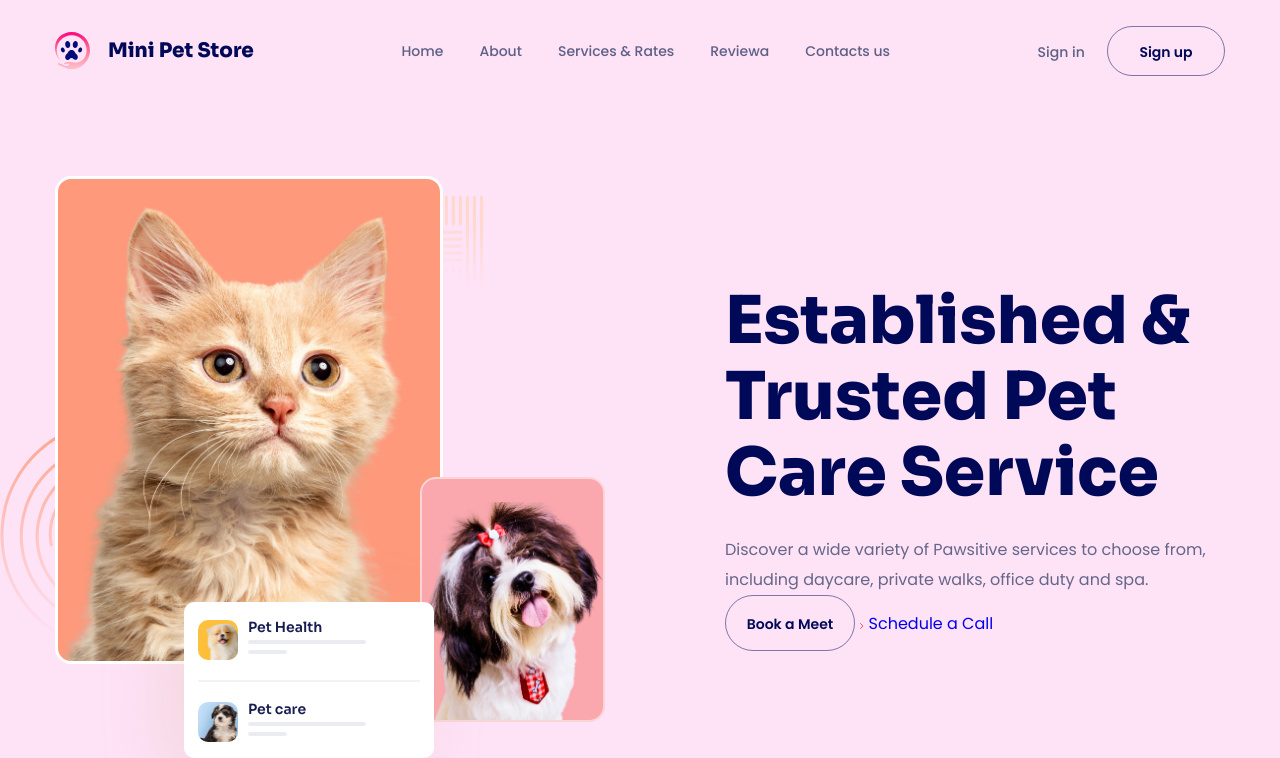
Repository: Tran-Dat/ASM-HTML5-F8-04
Page: index.html
These files come from the project's save history. The page is drawn as it stood at one moment and after the next save; the edit follows.
The browser window is 1280 px wide. The pictures show the whole page.

Above is the page before, as saved 2023-06-12 16:47:22.

### index.html
<!DOCTYPE html>
<html lang="en">
    <head>
        <meta charset="UTF-8" />
        <meta name="viewport" content="width=device-width, initial-scale=1.0" />
        <title>PS27621-TranTanDat-ASM</title>

        <!-- favicon -->
        <link
            rel="apple-touch-icon"
            sizes="57x57"
            href="./assets/favicon/apple-icon-57x57.png"
        />
        <link
            rel="apple-touch-icon"
            sizes="60x60"
            href="./assets/favicon/apple-icon-60x60.png"
        />
        <link
            rel="apple-touch-icon"
            sizes="72x72"
            href="./assets/favicon/apple-icon-72x72.png"
        />
        <link
            rel="apple-touch-icon"
            sizes="76x76"
            href="./assets/favicon/apple-icon-76x76.png"
        />
        <link
            rel="apple-touch-icon"
            sizes="114x114"
            href="./assets/favicon/apple-icon-114x114.png"
        />
        <link
            rel="apple-touch-icon"
            sizes="120x120"
            href="./assets/favicon/apple-icon-120x120.png"
        />
        <link
            rel="apple-touch-icon"
            sizes="144x144"
            href="./assets/favicon/apple-icon-144x144.png"
        />
        <link
            rel="apple-touch-icon"
            sizes="152x152"
            href="./assets/favicon/apple-icon-152x152.png"
        />
        <link
            rel="apple-touch-icon"
            sizes="180x180"
            href="./assets/favicon/apple-icon-180x180.png"
        />
        <link
            rel="icon"
            type="image/png"
            sizes="192x192"
            href="./assets/favicon/android-icon-192x192.png"
        />
        <link
            rel="icon"
            type="image/png"
            sizes="32x32"
            href="./assets/favicon/favicon-32x32.png"
        />
        <link
            rel="icon"
            type="image/png"
            sizes="96x96"
            href="./assets/favicon/favicon-96x96.png"
        />
        <link
            rel="icon"
            type="image/png"
            sizes="16x16"
            href="./assets/favicon/favicon-16x16.png"
        />
        <link rel="manifest" href="./assets/favicon/manifest.json" />
        <meta name="msapplication-TileColor" content="#ffffff" />
        <meta
            name="msapplication-TileImage"
            content="./assets/favicon/ms-icon-144x144.png"
        />
        <meta name="theme-color" content="#ffffff" />

        <!-- reset css -->
        <link rel="stylesheet" href="./assets/css/reset.css" />

        <!-- Font gg -->
        <link rel="preconnect" href="https://fonts.googleapis.com" />
        <link rel="preconnect" href="https://fonts.gstatic.com" crossorigin />
        <link
            href="https://fonts.googleapis.com/css2?family=Poppins:wght@300;400;500;600&family=Sora:wght@600;700;800&display=swap"
            rel="stylesheet"
        />

        <!-- styles css -->
        <link rel="stylesheet" href="./assets/css/styles.css" />
    </head>
    <body>
        <!-- Header -->
        <header class="header">
            <div class="container">
                <div class="header__inner">
                    <!-- Logo -->
                    <div class="header-logo">
                        <img src="./assets/img/logo.svg" alt="" class="logo" />
                        <h1 class="header-logo__title">
                            <a href="#!">Mini Pet Store</a>
                        </h1>
                    </div>

                    <!-- navbar -->
                    <nav class="navbar">
                        <ul class="navbar__list">
                            <li class="navbar__item">
                                <a href="#" class="navbar__link">Home</a>
                            </li>
                            <li class="navbar__item">
                                <a href="#" class="navbar__link">About</a>
                            </li>
                            <li class="navbar__item">
                                <a href="#" class="navbar__link"
                                    >Services & Rates</a
                                >
                            </li>
                            <li class="navbar__item">
                                <a href="#" class="navbar__link">Reviewa</a>
                            </li>
                            <li class="navbar__item">
                                <a href="#" class="navbar__link">Contacts us</a>
                            </li>
                        </ul>
                    </nav>

                    <!-- header action -->
                    <div class="header-action">
                        <a href="" class="header-action__link">Sign in</a>
                        <a href="" class="btn header-action__btn">Sign up</a>
                    </div>
                </div>
            </div>
        </header>

        <!-- Hero -->
        <section class="hero">
            <div class="container">
                <div class="hero__inner">
                    <!-- hero media -->
                    <div class="hero__media">
                        <!-- pet-01 -->
                        <div class="hero__img-wrap">
                            <img
                                src="./assets/img/pet-01.png"
                                alt=""
                                class="hero__img"
                            />

                            <!-- Decorators -->
                            <img
                                src="./assets/img/decor-01.svg"
                                alt=""
                                class="hero__decor hero__decor-left"
                            />
                            <img
                                src="./assets/img/decor-02.svg"
                                alt=""
                                class="hero__decor hero__decor-right"
                            />
                        </div>

                        <!-- Pet-02 -->
                        <div class="hero__img-wrap hero__img-wrap-small">
                            <img
                                src="./assets/img/pet-02.png"
                                alt=""
                                class="hero__img"
                            />
                        </div>

                        <div class="hero__list">
                            <!-- hero list item 1 -->
                            <div class="hero-list-item">
                                <img
                                    src="./assets/img/pet-03.png"
                                    alt=""
                                    class="hero-list-item__thumb"
                                />

                                <div class="hero-list-item__info">
                                    <p class="hero-list-item__title">
                                        Pet Health
                                    </p>
                                    <div class="hero-list-item__skeleton"></div>
                                    <div
                                        class="hero-list-item__skeleton"
                                        style="--width: 39px"
                                    ></div>
                                </div>
                            </div>

                            <span class="hero-list-item__separate"></span>

                            <!-- hero list item 2 -->
                            <div class="hero-list-item">
                                <img
                                    src="./assets/img/pet-04.png"
                                    alt=""
                                    class="hero-list-item__thumb"
                                />

                                <div class="hero-list-item__info">
                                    <p class="hero-list-item__title">
                                        Pet care
                                    </p>
                                    <div class="hero-list-item__skeleton"></div>
                                    <div
                                        class="hero-list-item__skeleton"
                                        style="--width: 39px"
                                    ></div>
                                </div>
                            </div>
                        </div>
                    </div>

                    <!-- hero content -->
                    <section class="hero__content">
                        <h1 class="hero__heading">
                            Established & Trusted Pet Care Service
                        </h1>
                        <p class="hero__desc">
                            Discover a wide variety of Pawsitive services to
                            choose from, including daycare, private walks,
                            office duty and spa.
                        </p>
                        <div class="hero__row">
                            <a href="#!" class="btn">Book a Meet</a>
                            <span class="btn__icon">
                                <svg
                                    width="5"
                                    height="6"
                                    viewBox="0 0 5 6"
                                    fill="none"
                                    xmlns="http://www.w3.org/2000/svg"
                                >
                                    <path
                                        d="M1.48584 0.5L3.98584 3L1.48584 5.5"
                                        stroke="#FD5056"
                                        stroke-linecap="round"
                                        stroke-linejoin="round"
                                    />
                                </svg>
                            </span>
                            <a href="#!" class="hero__cta-link">
                                Schedule a Call
                            </a>
                        </div>
                    </section>
                </div>
            </div>
        </section>
    </body>
</html>

### assets/css/styles.css
* {
    box-sizing: border-box;
}

html {
    font-size: 62.5%;
}

body {
    font-size: 1.6rem;
    font-family: "Poppins", sans-serif;
    background: #fee2f6;
}

/* ============================ common ============================ */

a {
    text-decoration: none;
}

h1,
h2,
h3,
h4,
h5,
h6 {
    font-family: "Sora", sans-serif;
}

input,
textarea,
select,
button {
    font-size: inherit;
    font-family: inherit;
}

.container {
    width: 1170px;
    max-width: calc(100% - 48px);
    margin: 0 auto;
}

.btn {
    --height: 56px;

    display: inline-block;
    min-width: 130px;
    height: var(--height);
    line-height: var(--height);
    border: 1px solid #00095880;
    border-radius: 99px;

    font-weight: 600;
    font-size: 1.4rem;

    text-align: center;
    color: #000958;
}

.btn:hover {
    opacity: 0.9;
}

/* =============== Header =============== */

.header {
    padding: 26px 0;
}

.header__inner {
    display: flex;
    align-items: center;
    justify-content: space-between;
}

.header-logo {
    display: flex;
    align-items: center;
}

.header-logo__title a {
    padding: 8px 18px;
    font-weight: 800;
    font-size: 20px;
    color: #000958;
}

.navbar__list {
    display: flex;
}

.navbar__link,
.header-action__link {
    padding: 8px 18px;
    font-weight: 500;
    font-size: 1.4rem;
    line-height: 1;
    color: #5e6085;
}

.navbar__link:hover {
    color: #000958;
    text-shadow: 1px 0 0 currentColor;
}

.header-action__btn {
    --height: 50px;

    min-width: 118px;
}

/* =============== Hero =============== */
.hero {
    margin-top: 74px;
}

.hero__inner {
    display: flex;
    align-items: center;
    justify-content: space-between;
    column-gap: 120px;
}

.hero__media {
    position: relative;
    display: flex;
    padding-bottom: 94px;
}

.hero__img-wrap {
    position: relative;
    display: flex;
    align-items: flex-end;
    justify-content: center;
    width: 388px;
    height: 488px;
    background: #fe997b;
    border-radius: 16px;
    border: 3px solid #fff;
}

.hero__img {
    max-width: 100%;
    max-height: 100%;
    border-radius: inherit;
}

.hero__decor {
    z-index: -1;
    position: absolute;
}

.hero__decor-left {
    left: -58px;
    bottom: 10px;
}

.hero__decor-right {
    top: 16px;
    right: -43px;
}

.hero__img-wrap-small {
    align-self: flex-end;
    margin: 0 0 -58px -23px;
    width: 185px;
    height: 245px;
    background: #faa7ad;
    border-radius: 16px;
    border: 2px solid #fad5d8;
}

.hero__list {
    position: absolute;
    left: 129px;
    bottom: 0;
    width: 250px;
    height: 156px;
    padding: 18px 14px;
    background: #ffffff;
    box-shadow: -17px 14px 68px -4px rgba(207, 174, 132, 0.25);
    border-radius: 10px;
}

.hero-list-item {
    display: flex;
}

.hero-list-item__thumb {
    height: 40px;
    width: 40px;
    border-radius: 10px;
    object-fit: cover;
    background: #fec23f;
}

.hero-list-item__info {
    margin-left: 10px;
}

.hero-list-item__title {
    font-family: Sora, sans-serif;
    font-weight: 600;
    font-size: 1.4rem;
    line-height: 1;
    color: #181e52;
}

.hero-list-item__skeleton {
    margin-top: 6px;
    width: var(--width, 118px);
    height: 4px;
    background: #000958;
    opacity: 0.08;
    border-radius: 10px;
}

.hero-list-item__separate {
    display: block;
    width: 100%;
    height: 2px;
    margin: 20px 0;
    background: #f2f2f2;
    border-radius: 99px;
}

.hero-list-item:nth-of-type(2) .hero-list-item__thumb {
    background: #c6e2fa;
}

.hero__heading {
    font-weight: 800;
    font-size: 6.6rem;
    line-height: 1.15;
    color: #000958;
}

.hero__desc {
    margin-top: 24px;
    font-size: 1.6rem;
    line-height: 1.88;
    color: #656689;
}

Loaded but not shown: assets/css/reset.css (common file)

After the next save:
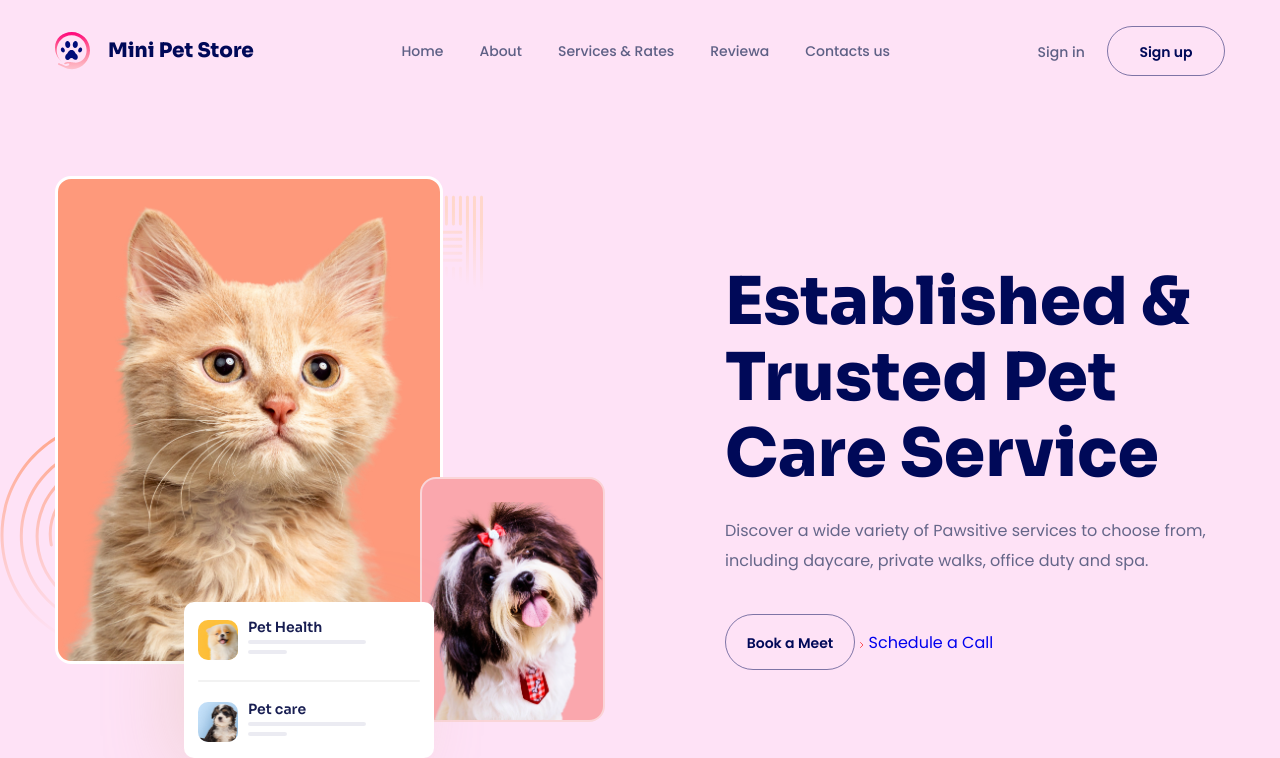
Saved 27 s later.
--- a/assets/css/styles.css
+++ b/assets/css/styles.css
@@ -242,3 +242,7 @@
     line-height: 1.88;
     color: #656689;
 }
+
+.hero__row {
+    margin-top: 38px;
+}
